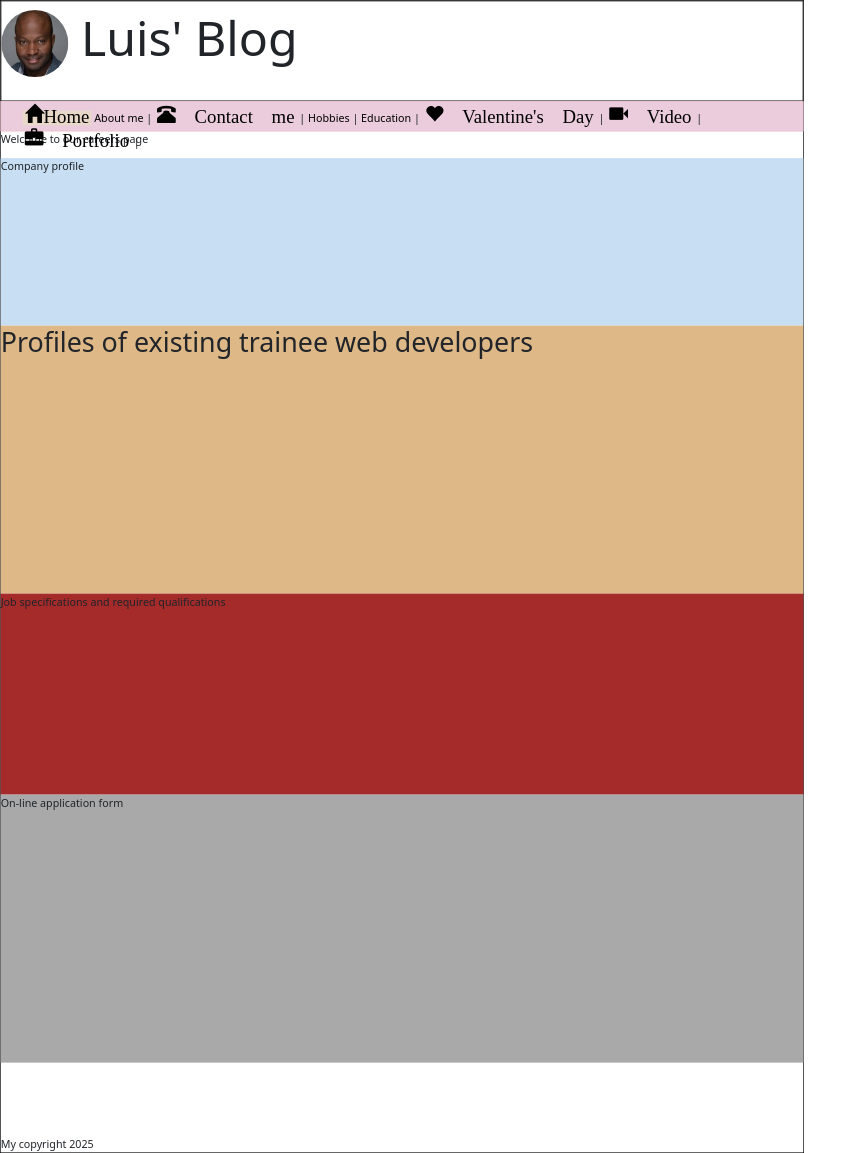
Repository: Apex-03/Apex-03.github.io
Page: careers.html
The author's editor kept a copy of each file at every save. The page is drawn from the files as they stood at one save, then again after the next save.
The browser window is 1280 px wide. The pictures show the whole page, at 67% of full size.

Above is the page before, as saved 2025-05-02 14:10:09.

### careers.html
<!doctype html>
<html lang="en-GB">

<head>
<meta charset="utf-8" />
<meta name="viewport" content="width=width-device, initial-scale=1 strink-to-fit=no" />
<meta description="Website development, Web design" />
<title>Luis's Blog </title>
<link rel="stylesheet" type="text/css" href="mycss/myblog.css" />
<script type="text/javascript" src="myjsfiles/mytasks.js"/> </script>

<link rel="stylesheet" type="text/css" href="my_bootstrap/css/bootstrap.min.css" />

<link rel="stylesheet" type="text/css" href="glyphicons-only-bootstrap/css/bootstrap.min.css" />

<script type="text/javascript" src="my_bootstrap/js/bootstrap.min.js" /> </script>

<script type="text/javascript" src="my_jquery/jquery-3.7.1.min.js" /> </script>




</head>
<body>
<div id="mypage">
<div id="banner"> <img src="images/luis_photo.jpg" alt="photo of Luis Ibhiabor" width="100" height="100"/> Luis' Blog</div>
<div id="topnav">
<ul>
<li class="hm"> <a href="#" class="glyphicon glyphicon-home gi-2x">Home</a></li>
<li> <a href="#"> About me </a> </li> |
<li> <a href="#" class="glyphicon glyphicon-phone-alt gi-2x"> Contact me </a> </li> |
<li> <a href="#"> Hobbies </a> </li> |
<li> <a href="#"> Education </a> </li> |
<li> <a href="#" class="glyphicon glyphicon-heart gi-2x"> Valentine's Day</a> </li> |
<li> <a href="#" class="glyphicon glyphicon glyphicon-facetime-video gi-2x"> Video </a> </li> |
<li> <a href="#" class="glyphicon glyphicon glyphicon-briefcase gi-2x"> Portfolio </a> </li> |


</ul>
</div>

<div id="contentarea">
<p> Welcome to our careers page</p>

<div class="company_profile"><p>Company profile</p></div>

<div class="current_trainees"><h1>Profiles of existing trainee web developers</h1></div>

<div class="job_spec"><p>Job specifications and required qualifications</p></div>
<div class="application_form"><p>On-line application form</p></div>



 </div>

<div id="pagefooter"> My copyright 2025 </div>

</div>
</body>
</html>

### mycss/myblog.css

body {
background-color: #fff;
font-family: Arial, Helvetica, sans-serif;
}

#mypage {
border: 1px solid #000;
width: 1200px;
}

#banner {
height: 150px;
border: 1px solid #000;
}

#topnav {
height: 45px;
border: 1px solid #edbcca;
}

/*Improving it starts here*/
#topnav {
background-color: #eaccdc;

}

.gi-2x{font-size: 28px; padding: 3px;}
.gi-3x{font-size: 3em;}
.gi-4x{font-size: 4em;}
.gi-5x{font-size: 5em;}


#banner img {
border-radius: 50%;

/*height: 100px; width: 100px; background-color: #ff5733; margin: auto;*/
}

/*Improving it ends here*/


#topnav ul li{
text-decoration: none;
display: inline;
}

#topnav a:link {
text-decoration: none;
color: #000;
}

#topnav a:visited {
color: #caadce;
}

#topnav a:hover {
background-color: #000;
}

#contentarea {
height: 1500px;

}


#banner {
font-size: 450%;

}

.hm {
height: 25px;
background-color: #e8d8c8;
}

.application_form {
    width: 100%;
    height: 400px;
    background-color:darkgray;
}








/*
#topnav ul li {
text-decoration: none;
display: inline;

}

https://developers.google.com/fonts/docs/getting_started

#mypage {


border: 1px solid #000;
}

*/

.company_profile {
    width: 100%;
    height: 250px;
    background-color: #c8def2;
}

.current_trainees {
    width: 100%;
    height: 400px;
    background-color:burlywood;
}

.job_spec {
    width: 100%;
    height: 300px;
    background-color:brown;
}

### myjsfiles/mytasks.js
/*
document.write("Hello World!");
window.alert("Welcome to my blog!");
*/

Loaded but not shown: my_bootstrap/css/bootstrap.min.css (library); glyphicons-only-bootstrap/css/bootstrap.min.css (library); my_bootstrap/js/bootstrap.min.js (library); my_jquery/jquery-3.7.1.min.js (library)

After the next save:
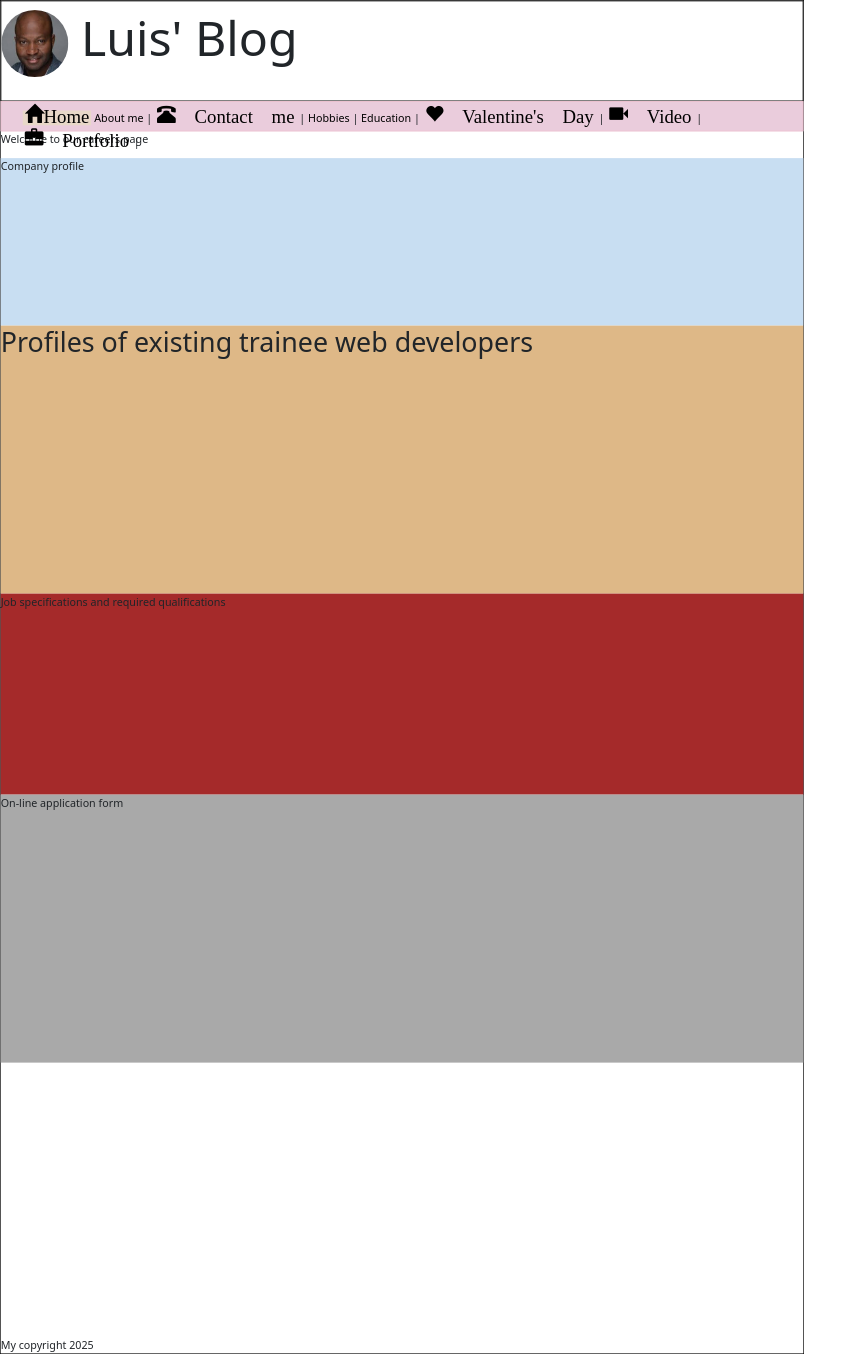
Saved 39 s later.
--- a/mycss/myblog.css
+++ b/mycss/myblog.css
@@ -59,7 +59,7 @@ background-color: #000;
 }
 
 #contentarea {
-height: 1500px;
+height: 1800px;
 
 }
 
